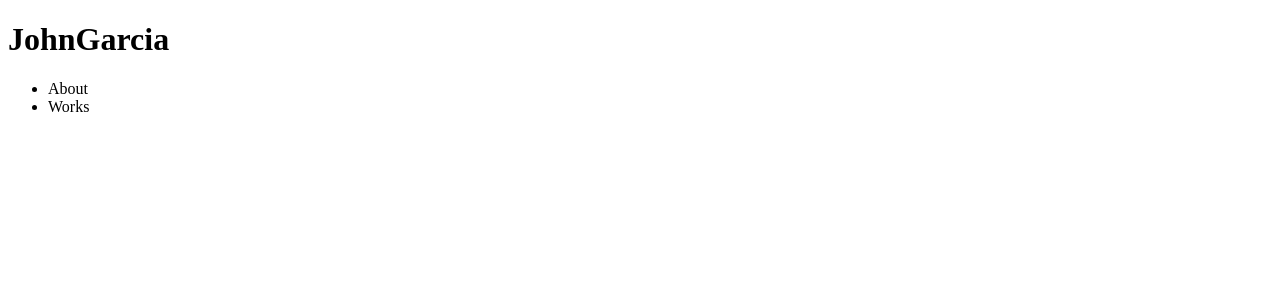
Repository: johnraygarcia/johnraygarcia.github.io
Page: index.html
These files come from the project's save history. The page is drawn as it stood at one moment and after the next save; the edit follows.
The browser window is 1280 px wide. The pictures show the whole page.

Above is the page before, as saved 2019-04-06 08:38:35.

After the next save:
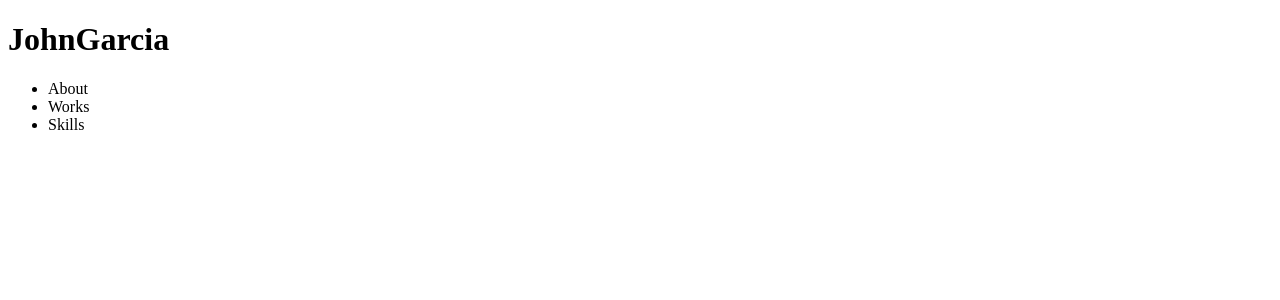
Saved 13 s later.
--- a/index.html
+++ b/index.html
@@ -10,6 +10,7 @@
         <ul>
             <li>About</li>
             <li>Works</li>
+            <li>Skills</li>
         </ul>
     </div>
     <div class="col">
